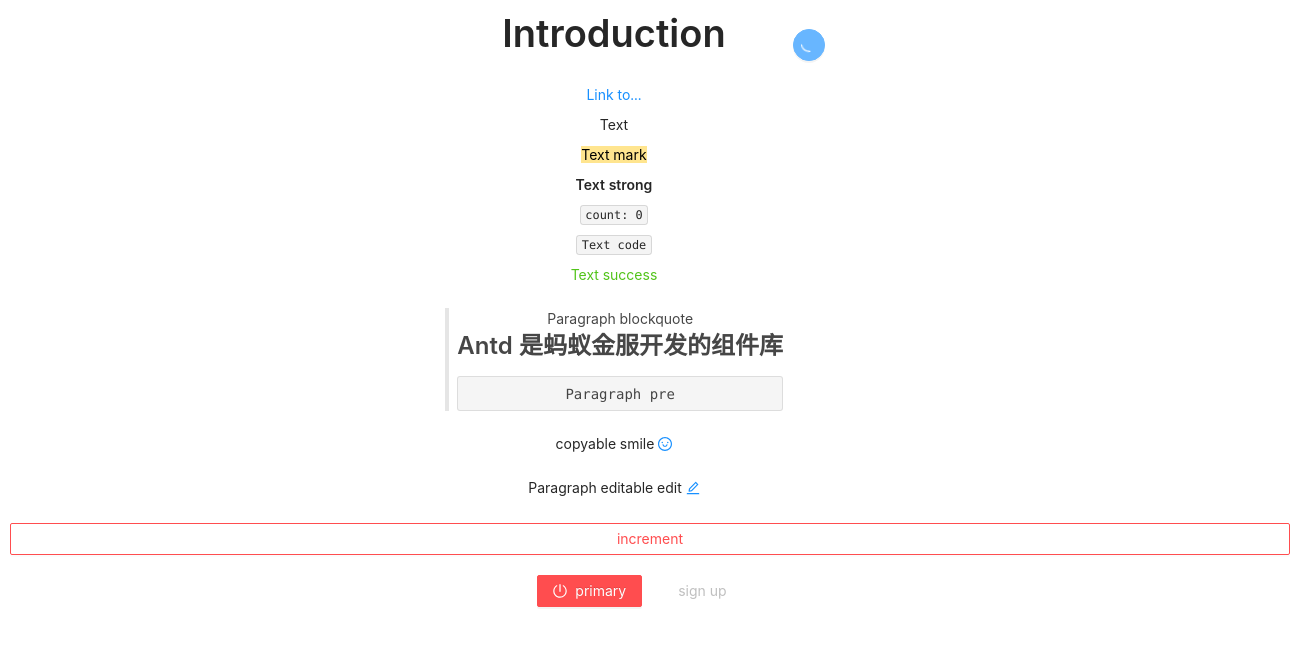
Repository: ErosHai/antd-demo
Page: /
An editor plug-in stored every save of this project. The page is shown before and after the next save, followed by the edit.
The browser window is 1280 px wide. The page is 1300 px wide, so the pictures cover 1300 px, including what lies to the right of the window. The pictures show the whole page.
The project was rebuilt for these pictures with package versions that can differ from the ones it lists, and the page was loaded fresh each time.

Above is the page before, as saved 2022-04-12 16:08:15.

### src/index.js
import React from 'react'
import { createRoot } from 'react-dom/client'
import './index.css'
import App from './App'
import reportWebVitals from './reportWebVitals'

const root = createRoot(document.getElementById('root'))
root.render(<App />)

// If you want to start measuring performance in your app, pass a function
// to log results (for example: reportWebVitals(console.log))
// or send to an analytics endpoint. Learn more: https://bit.ly/CRA-vitals
reportWebVitals()

### src/App.js
import './App.css'
import { Button, Tooltip, Typography, Space } from 'antd'
import { BlockOutlined, SearchOutlined } from '@ant-design/icons'
import { useState } from 'react'
import { PoweroffOutlined, SmileOutlined, SmileFilled } from '@ant-design/icons'

function App() {
	const [count, setCount] = useState(0)
	const [editableStr, setEditableStr] = useState('edit')

	const { Title, Paragraph, Link, Text } = Typography

	const blockContent = `  Antd 是蚂蚁金服开发的组件库`

	return (
		<div className="App">
			<Space direction="vertical">
				<Title>Introduction</Title>
				<Link href="https://www.baidu.com">Link to...</Link>
				<Text>Text</Text>
				<Text mark>Text mark</Text>
				<Text strong>Text strong</Text>
				<Text code> {`count: ${count}`} </Text>
				<Text code>Text code</Text>
				<Text type="success">Text success</Text>
				<Paragraph>
					<blockquote>
						Paragraph blockquote
						<Title level={3}> {blockContent} </Title>
						<pre>Paragraph pre</pre>
					</blockquote>
				</Paragraph>
				<Paragraph
					copyable={{
						icon: [
							<SmileOutlined key="copy-icon" />,
							<SmileFilled key="copied-icon" />,
						],
						tooltips: ['please click here', 'you clicked!!!'],
					}}
				>
					copyable smile
				</Paragraph>
				<Paragraph editable={{ onchange: setEditableStr }}>
					Paragraph editable {editableStr}
				</Paragraph>
			</Space>

			<Tooltip title="search">
				<Button
					type="primary"
					shape="circle"
					loading="true"
					icon={<SearchOutlined />}
				></Button>
			</Tooltip>
			<Button
				type="default"
				onClick={() => {
					setCount(count + 1)
				}}
				block
				ghost
				danger
			>
				increment
			</Button>
			<Button type="primary" danger icon={<PoweroffOutlined />}>
				primary
			</Button>
			<Button type="text" disabled>
				sign up
			</Button>
		</div>
	)
}

export default App

### src/App.css
@import '~antd/dist/antd.css';

.App {
  text-align: center;
  /* background-color: #282c34; */
  padding:10px 0px;

}

.App button {
  margin:  10px;
}
.App-logo {
  height: 40vmin;
  pointer-events: none;
}

@media (prefers-reduced-motion: no-preference) {
  .App-logo {
    animation: App-logo-spin infinite 20s linear;
  }
}

.App-header {
  background-color: #282c34;
  min-height: 100vh;
  display: flex;
  flex-direction: column;
  align-items: center;
  justify-content: center;
  font-size: calc(10px + 2vmin);
  color: white;
}

.App-link {
  color: #61dafb;
}

@keyframes App-logo-spin {
  from {
    transform: rotate(0deg);
  }
  to {
    transform: rotate(360deg);
  }
}

Loaded but not shown: public/index.html (common file); src/index.css (common file); src/reportWebVitals.js (common file)

After the next save:
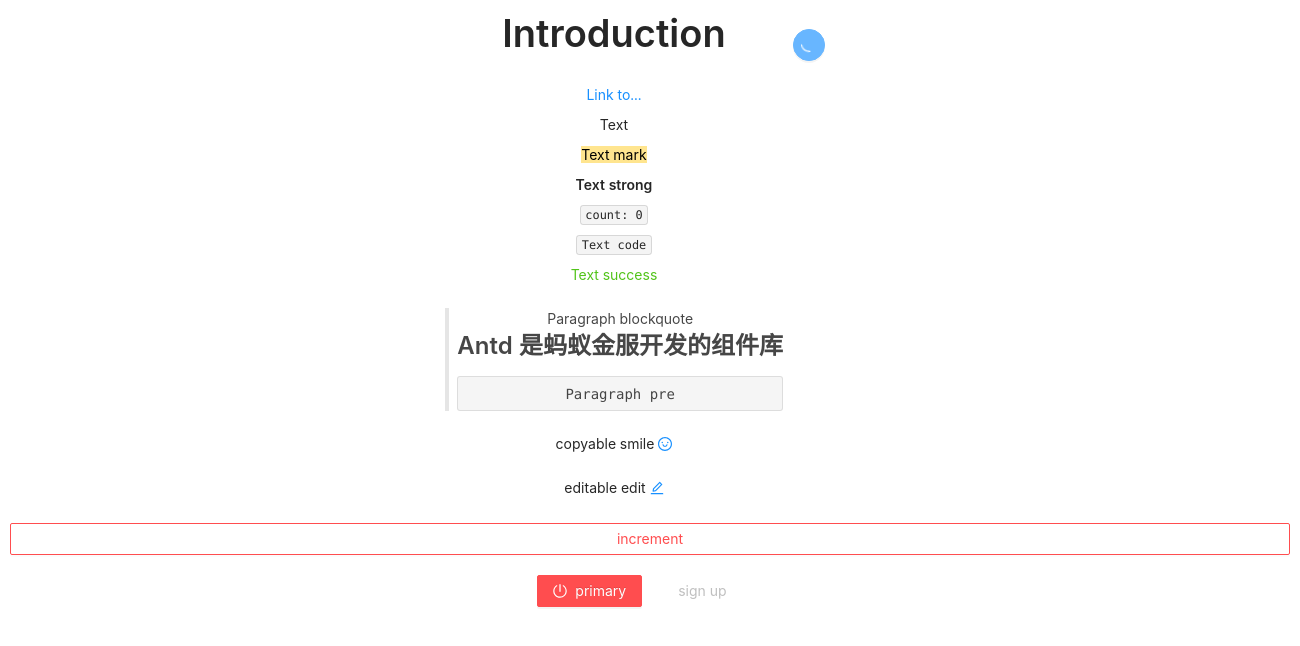
Saved 42 s later.
--- a/src/App.js
+++ b/src/App.js
@@ -42,7 +42,7 @@ function App() {
 					copyable smile
 				</Paragraph>
 				<Paragraph editable={{ onchange: setEditableStr }}>
-					Paragraph editable {editableStr}
+					editable {editableStr}
 				</Paragraph>
 			</Space>
 
